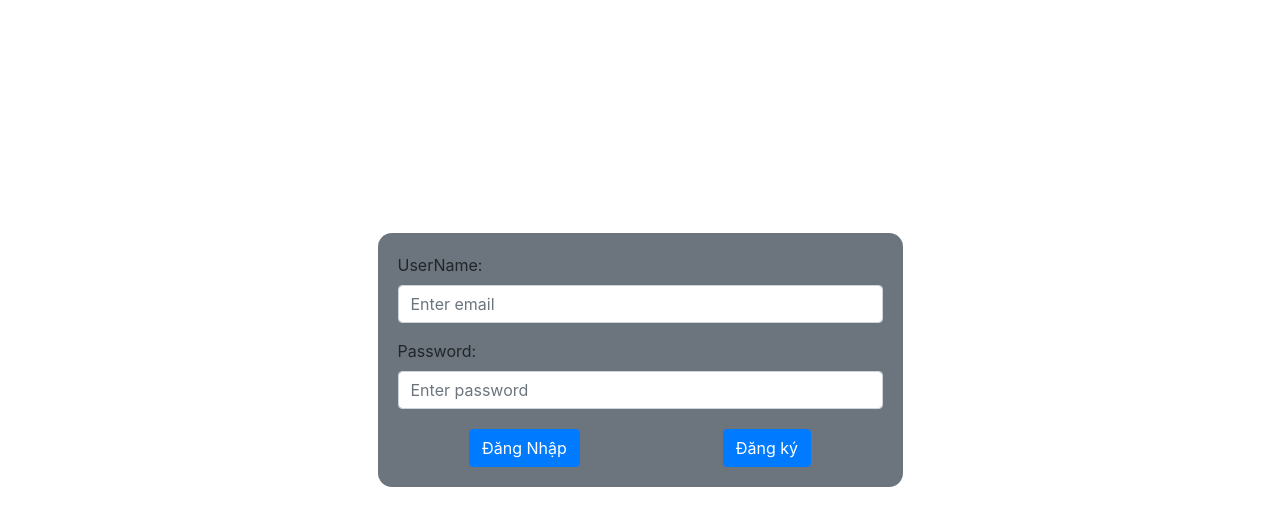
Repository: huutien1904/bai3-ltw
Page: http://localhost/login.php
An editor plug-in stored every save of this project. The page is shown before and after the next save, followed by the edit.
The browser window is 1280 px wide. The pictures show the whole page.
The page is run by PHP 8.4 with error messages shown; the project is at /var/www/html/.

Above is the page before, as saved 2021-11-22 00:41:11.

### login.php
<?php
    if(!empty($_POST)){
        $username = $_POST['username'];
        $password = $_POST['password'];

    }
    if(isset($_POST['username']) && isset($_POST['password'])){
        // tao ket noi
        $connect = new mysqli("localhost","root","","bai3");
        // them duoc tieng viet
        // mysqli_set_charset('utf8', $connect);
        mysqli_set_charset($connect,"utf8");
        // check loi
        if ($connect->connect_error) {
            die("Connection failed: " . $conn->connect_error);
        }
        $query = "SELECT * FROM  admin WHERE username = '".$username."' AND password='".$password."'";
        $result = mysqli_query($connect,$query);
        $data = array();
        while($row = mysqli_fetch_array($result,1)){
            $data = $row;
        }
        $connect->close();
        if($data != null && count($data) > 0){
            header("Location: index.php");
        }
        // close connect

    }

?>
<!DOCTYPE html>
<html lang="en">
<head>
    <meta charset="UTF-8">
    <meta http-equiv="X-UA-Compatible" content="IE=edge">
    <meta name="viewport" content="width=device-width, initial-scale=1.0">
    <link rel="stylesheet" href="https://maxcdn.bootstrapcdn.com/bootstrap/4.5.2/css/bootstrap.min.css">

    <script src="https://ajax.googleapis.com/ajax/libs/jquery/3.5.1/jquery.min.js"></script>
    <script src="https://cdnjs.cloudflare.com/ajax/libs/popper.js/1.16.0/umd/popper.min.js"></script>
    <script src="https://maxcdn.bootstrapcdn.com/bootstrap/4.5.2/js/bootstrap.min.js"></script>
    <link rel="stylesheet" href="./style_login.css">
    <title>Login Quản lý khách hàng</title>
</head>
<body>
    <div class="container  d-flex justify-content-center align-items-center" style="height:100vh;">
        <div class="col-md-6">
            <form  class="form_login" method="post">
                <div class="form-group">
                    <label for="email">UserName:</label>
                    <input type="text" class="form-control" placeholder="Enter email" id="email" name="username">
                </div>
                <div class="form-group">
                    <label for="pwd">Password:</label>
                    <input type="password" class="form-control" placeholder="Enter password" id="pwd" name="password">
                </div>
                <div class="button">
                    <button type="submit" class="btn btn-primary">Đăng Nhập</button>
                    <button type="submit" class="btn btn-primary">Đăng ký</button>
                </div>

            </form>
        </div>
    </div>
</body>
</html>
<style>
    .form_login{
        padding: 20px !important;
        background: var(--secondary) !important;
        border-radius: 14px;
    }
    .button{
        display: flex;
        justify-content: space-around;
        margin-top: 20px;
    }
  </style>

### style_login.css
.form_login{
    padding: 20px !important;
    background: var(--secondary) !important;
    border-radius: 14px;
}

After the next save:
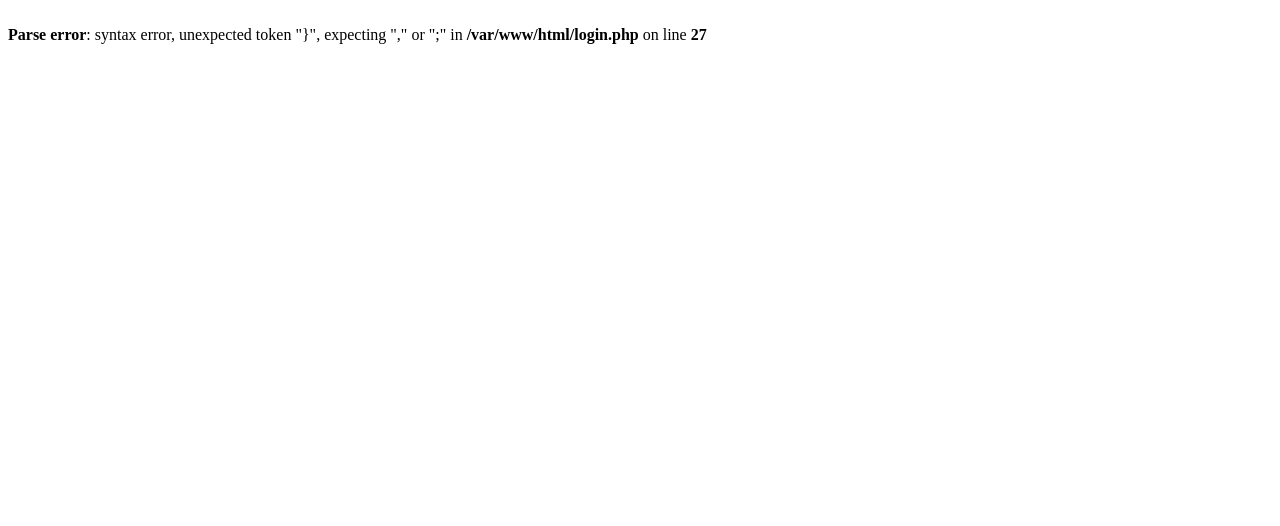
Saved 17 min 34 s later.
--- a/login.php
+++ b/login.php
@@ -23,6 +23,10 @@
         $connect->close();
         if($data != null && count($data) > 0){
             header("Location: index.php");
+            echo "đăng nhập thành công"
+        }
+        else{
+            tài khoản hoặc mật khẩu không đúng
         }
         // close connect
 
@@ -57,7 +61,7 @@
                 </div>
                 <div class="button">
                     <button type="submit" class="btn btn-primary">Đăng Nhập</button>
-                    <button type="submit" class="btn btn-primary">Đăng ký</button>
+                    <button type="submit" class="btn btn-primary" link>Đăng ký</button>
                 </div>
 
             </form>

After the save that followed:
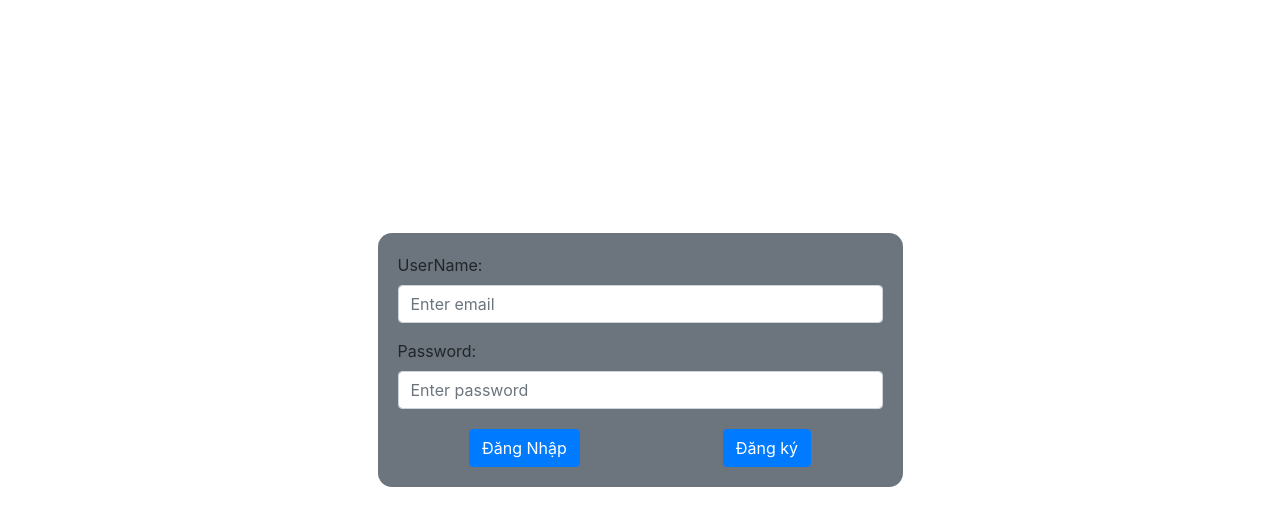
Saved 51 s later.
--- a/login.php
+++ b/login.php
@@ -23,10 +23,10 @@
         $connect->close();
         if($data != null && count($data) > 0){
             header("Location: index.php");
-            echo "đăng nhập thành công"
+            echo "đăng nhập thành công" ;
         }
         else{
-            tài khoản hoặc mật khẩu không đúng
+            echo "tài khoản hoặc mật khẩu không đúng" ;
         }
         // close connect
 
